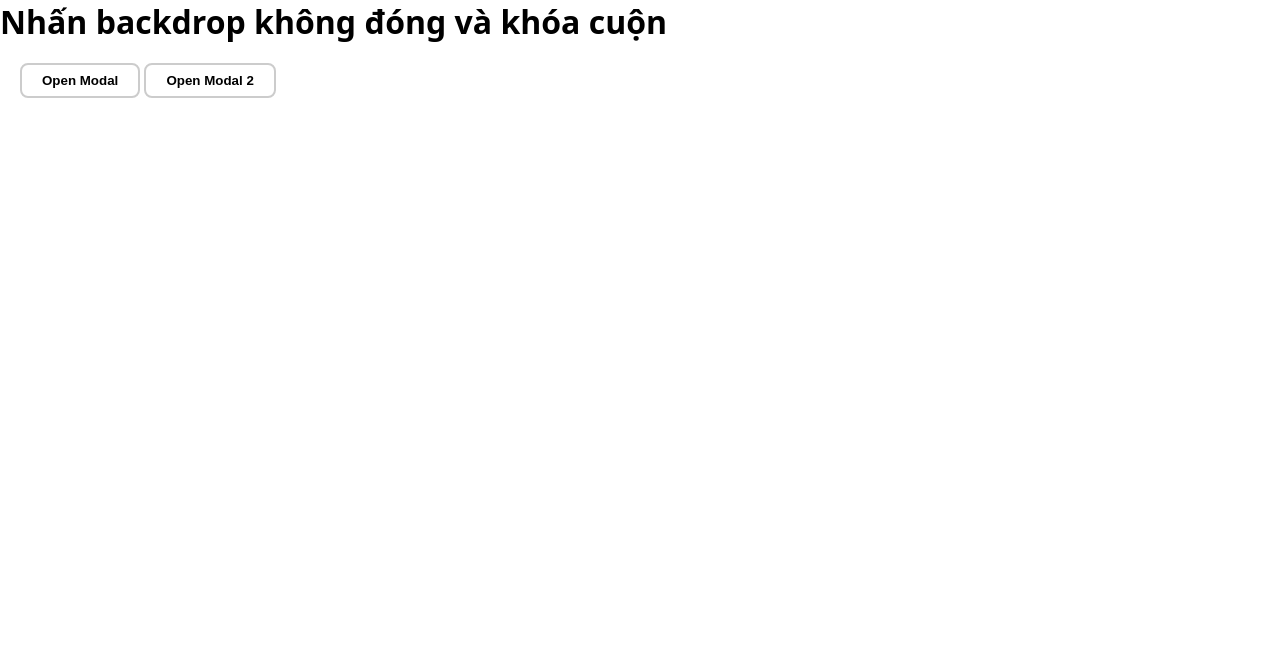
Repository: lannguyen1301/openix
Page: index.html
These files come from the project's save history. The page is drawn as it stood at one moment and after the next save; the edit follows.
The browser window is 1280 px wide. The pictures show the whole page.

Above is the page before, as saved 2025-06-24 06:18:48.

### index.html
<!DOCTYPE html>
<html lang="en">

<head>
    <meta charset="UTF-8">
    <meta name="viewport" content="width=device-width, initial-scale=1.0">
    <title>Nhấn backdrop không đóng và khóa cuộn</title>
    <link rel="stylesheet" href="./style.css">
</head>

<body>
    <h1>Nhấn backdrop không đóng và khóa cuộn</h1>

    <main>
        <button id="open-modal-1" class="btn">Open Modal</button>
        <button id="open-modal-2" class="btn">Open Modal 2</button>
    </main>
    <template id="modal-1">
        <h2>Modal 1</h2>
        <p>Lorem ipsum dolor sit amet consectetur adipisicing elit. Ut esse facilis quo! Eligendi, harum
            porro totam modi quibusdam quas ducimus optio atque in neque excepturi accusamus! Natus, tempore amet
            quis corrupti a ipsa totam aperiam labore alias quaerat nulla! Delectus ipsam consectetur provident
            aliquid quam praesentium aliquam ipsum tempora magni!
        </p>

        <p>Lorem ipsum dolor sit amet consectetur adipisicing elit. Ut esse facilis quo! Eligendi, harum
            porro totam modi quibusdam quas ducimus optio atque in neque excepturi accusamus! Natus, tempore amet
            quis corrupti a ipsa totam aperiam labore alias quaerat nulla! Delectus ipsam consectetur provident
            aliquid quam praesentium aliquam ipsum tempora magni!
        </p>

        <p><img src="https://images.unsplash.com/photo-1462275646964-a0e3386b89fa?q=80&w=1828&auto=format&fit=crop&ixlib=rb-4.1.0&ixid=M3wxMjA3fDB8MHxwaG90by1wYWdlfHx8fGVufDB8fHx8fA%3D%3D"
                alt="" width="100%" loading="lazy"></p>

        <p>Lorem ipsum dolor sit amet consectetur adipisicing elit. Ut esse facilis quo! Eligendi, harum
            porro totam modi quibusdam quas ducimus optio atque in neque excepturi accusamus! Natus, tempore amet
            quis corrupti a ipsa totam aperiam labore alias quaerat nulla! Delectus ipsam consectetur provident
            aliquid quam praesentium aliquam ipsum tempora magni!
        </p>

        <p>Lorem ipsum dolor sit amet consectetur adipisicing elit. Ut esse facilis quo! Eligendi, harum
            porro totam modi quibusdam quas ducimus optio atque in neque excepturi accusamus! Natus, tempore amet
            quis corrupti a ipsa totam aperiam labore alias quaerat nulla! Delectus ipsam consectetur provident
            aliquid quam praesentium aliquam ipsum tempora magni!
        </p>

        <p>Lorem ipsum dolor sit amet consectetur adipisicing elit. Ut esse facilis quo! Eligendi, harum
            porro totam modi quibusdam quas ducimus optio atque in neque excepturi accusamus! Natus, tempore amet
            quis corrupti a ipsa totam aperiam labore alias quaerat nulla! Delectus ipsam consectetur provident
            aliquid quam praesentium aliquam ipsum tempora magni!
        </p>
    </template>

    <template id="modal-2">
        <h2>Login</h2>
        <form action="" id="login-form">
            <input type="text" name="" id="email" placeholder="Enter Your Email">
            <br>
            <input type="text" name="" id="password" placeholder="Enter Your Password">
            <br>
            <button type="submit">Login</button>
        </form>
    </template>

    <script src="./main.js"></script>
</body>

</html>

### style.css
* {
    padding: 0;
    margin: 0;
    box-sizing: border-box;
}

html {
    font-size: 62.5%;
}

body {
    font-size: 1.6rem;
    font-family: system-ui, -apple-system, BlinkMacSystemFont, "Segoe UI",
        Roboto, Oxygen, Ubuntu, Cantarell, "Open Sans", "Helvetica Neue",
        sans-serif;
}

main {
    margin: 20px;
}

.btn {
    border: 2px solid #ccc;
    border-radius: 8px;
    padding: 8px 20px;
    font-weight: 600;
}

button {
    border: none;
    outline: none;
    background: transparent;
    cursor: pointer;
}

.modal-backdrop {
    position: fixed;
    inset: 0;
    display: flex;
    align-items: center;
    justify-content: center;
    background: rgba(0, 0, 0, 0.6);
    opacity: 0;
    visibility: hidden;
    transition: opacity, visibility;
    transition-duration: 0.3s;
}

.modal-backdrop.show {
    opacity: 1;
    visibility: visible;
}

.modal-backdrop.show .modal-container {
    transform: scale(1);
}

.modal-container {
    position: relative;
    width: min(600px, 90%);
    padding: 28px;
    border-radius: 10px;
    background: #fff;
    transform: scale(0);
    transition: transform 0.3s;
}

.modal-close {
    position: absolute;
    top: 6px;
    right: 6px;
    width: 30px;
    height: 30px;
    border-radius: 50%;
    color: #666;
    background: #ebebeb;
    font-size: 2rem;
}

.modal-close:hover {
    color: #333;
}

.modal-content {
    max-height: 80vh;
    overflow-y: auto;
}

### main.js
const $ = document.querySelector.bind(document);
const $$ = document.querySelectorAll.bind(document);

// kiểm tra xem có lấy được phần tử form không?
console.log($("#modal-2").content.querySelector("#login-form"));

function Modal() {
    this.openModal = (options = {}) => {
        const { templateId, allowBackdropClose = true } = options;
        const template = $(`#${templateId}`);

        if (!template) {
            console.error(`#${templateId} does not exist!`);
            return;
        }

        const content = template.content.cloneNode(true);

        // createElement
        const backdrop = document.createElement("div");
        backdrop.className = "modal-backdrop";

        const container = document.createElement("div");
        container.className = "modal-container";

        const closeBtn = document.createElement("button");
        closeBtn.className = "modal-close";
        closeBtn.innerHTML = "&times;";

        const modalContent = document.createElement("div");
        modalContent.className = "modal-content";

        // Append content and elements
        modalContent.append(content);
        container.append(closeBtn, modalContent);
        backdrop.append(container);
        document.body.append(backdrop);

        setTimeout(() => {
            backdrop.classList.add("show");
        }, 0);

        // Attach event listeners
        closeBtn.onclick = () => this.closeModal(backdrop);

        if (allowBackdropClose) {
            backdrop.onclick = (e) => {
                //
                if (e.target === backdrop) {
                    this.closeModal(backdrop);
                }
            };
        }

        // bấm esc để tắt modal
        document.addEventListener("keydown", (e) => {
            if ((e.key = "Escape")) {
                this.closeModal(backdrop);
            }
        });
        return backdrop;
    };

    this.closeModal = (backdrop) => {
        backdrop.classList.remove("show");
        backdrop.ontransitionend = () => {
            backdrop.remove();
        };
    };
}

const modal = new Modal();

// Open Modal 1
$("#open-modal-1").onclick = () => {
    const modalElement = modal.openModal({
        templateId: "modal-1",
    });

    const img = modalElement.querySelector("img");
    console.log(img);
};

// Open Modal 2
$("#open-modal-2").onclick = () => {
    const modalElement = modal.openModal({
        templateId: "modal-2",
        allowBackdropClose: false,
    });

    const form = modalElement.querySelector("#login-form");

    if (form) {
        form.onsubmit = (e) => {
            e.preventDefault();
            const formData = {
                // .value.trim() loại bỏ khoảng trắng thừa
                email: $("#email").value.trim(),
                password: $("#password").value.trim(),
            };
            console.log(formData);
        };
    }
};

// 1. Xử lý được sự kiện submit form, lấy được giá trị của input khi submit
// 2. Thêm tuỳ chọn bật/tắt cho phép click vào overlay để đóng modal
// 3. không cho phép cuộn trang khi modal hiển thị

After the next save:
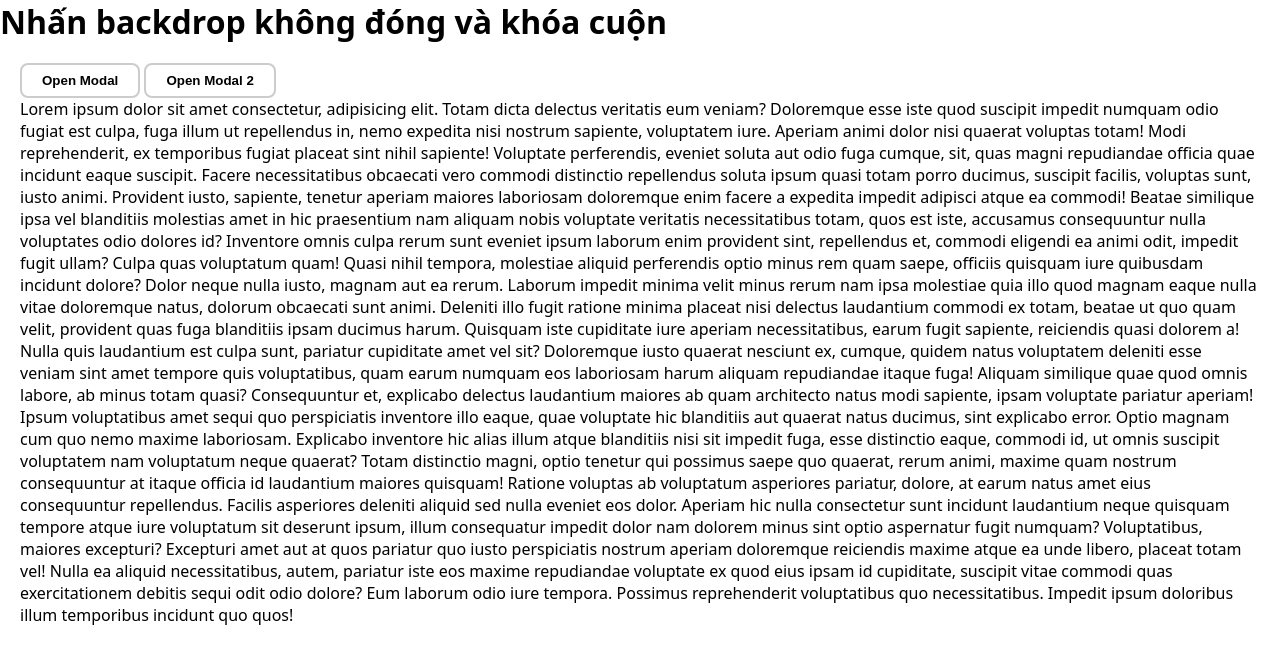
Saved 2 min 3 s later.
--- a/index.html
+++ b/index.html
@@ -14,6 +14,41 @@
     <main>
         <button id="open-modal-1" class="btn">Open Modal</button>
         <button id="open-modal-2" class="btn">Open Modal 2</button>
+        <p>Lorem ipsum dolor sit amet consectetur, adipisicing elit. Totam dicta delectus veritatis eum veniam?
+            Doloremque esse iste quod suscipit impedit numquam odio fugiat est culpa, fuga illum ut repellendus in, nemo
+            expedita nisi nostrum sapiente, voluptatem iure. Aperiam animi dolor nisi quaerat voluptas totam! Modi
+            reprehenderit, ex temporibus fugiat placeat sint nihil sapiente! Voluptate perferendis, eveniet soluta aut
+            odio fuga cumque, sit, quas magni repudiandae officia quae incidunt eaque suscipit. Facere necessitatibus
+            obcaecati vero commodi distinctio repellendus soluta ipsum quasi totam porro ducimus, suscipit facilis,
+            voluptas sunt, iusto animi. Provident iusto, sapiente, tenetur aperiam maiores laboriosam doloremque enim
+            facere a expedita impedit adipisci atque ea commodi! Beatae similique ipsa vel blanditiis molestias amet in
+            hic praesentium nam aliquam nobis voluptate veritatis necessitatibus totam, quos est iste, accusamus
+            consequuntur nulla voluptates odio dolores id? Inventore omnis culpa rerum sunt eveniet ipsum laborum enim
+            provident sint, repellendus et, commodi eligendi ea animi odit, impedit fugit ullam? Culpa quas voluptatum
+            quam! Quasi nihil tempora, molestiae aliquid perferendis optio minus rem quam saepe, officiis quisquam iure
+            quibusdam incidunt dolore? Dolor neque nulla iusto, magnam aut ea rerum. Laborum impedit minima velit minus
+            rerum nam ipsa molestiae quia illo quod magnam eaque nulla vitae doloremque natus, dolorum obcaecati sunt
+            animi. Deleniti illo fugit ratione minima placeat nisi delectus laudantium commodi ex totam, beatae ut quo
+            quam velit, provident quas fuga blanditiis ipsam ducimus harum. Quisquam iste cupiditate iure aperiam
+            necessitatibus, earum fugit sapiente, reiciendis quasi dolorem a! Nulla quis laudantium est culpa sunt,
+            pariatur cupiditate amet vel sit? Doloremque iusto quaerat nesciunt ex, cumque, quidem natus voluptatem
+            deleniti esse veniam sint amet tempore quis voluptatibus, quam earum numquam eos laboriosam harum aliquam
+            repudiandae itaque fuga! Aliquam similique quae quod omnis labore, ab minus totam quasi? Consequuntur et,
+            explicabo delectus laudantium maiores ab quam architecto natus modi sapiente, ipsam voluptate pariatur
+            aperiam! Ipsum voluptatibus amet sequi quo perspiciatis inventore illo eaque, quae voluptate hic blanditiis
+            aut quaerat natus ducimus, sint explicabo error. Optio magnam cum quo nemo maxime laboriosam. Explicabo
+            inventore hic alias illum atque blanditiis nisi sit impedit fuga, esse distinctio eaque, commodi id, ut
+            omnis suscipit voluptatem nam voluptatum neque quaerat? Totam distinctio magni, optio tenetur qui possimus
+            saepe quo quaerat, rerum animi, maxime quam nostrum consequuntur at itaque officia id laudantium maiores
+            quisquam! Ratione voluptas ab voluptatum asperiores pariatur, dolore, at earum natus amet eius consequuntur
+            repellendus. Facilis asperiores deleniti aliquid sed nulla eveniet eos dolor. Aperiam hic nulla consectetur
+            sunt incidunt laudantium neque quisquam tempore atque iure voluptatum sit deserunt ipsum, illum consequatur
+            impedit dolor nam dolorem minus sint optio aspernatur fugit numquam? Voluptatibus, maiores excepturi?
+            Excepturi amet aut at quos pariatur quo iusto perspiciatis nostrum aperiam doloremque reiciendis maxime
+            atque ea unde libero, placeat totam vel! Nulla ea aliquid necessitatibus, autem, pariatur iste eos maxime
+            repudiandae voluptate ex quod eius ipsam id cupiditate, suscipit vitae commodi quas exercitationem debitis
+            sequi odit odio dolore? Eum laborum odio iure tempora. Possimus reprehenderit voluptatibus quo
+            necessitatibus. Impedit ipsum doloribus illum temporibus incidunt quo quos!</p>
     </main>
     <template id="modal-1">
         <h2>Modal 1</h2>
